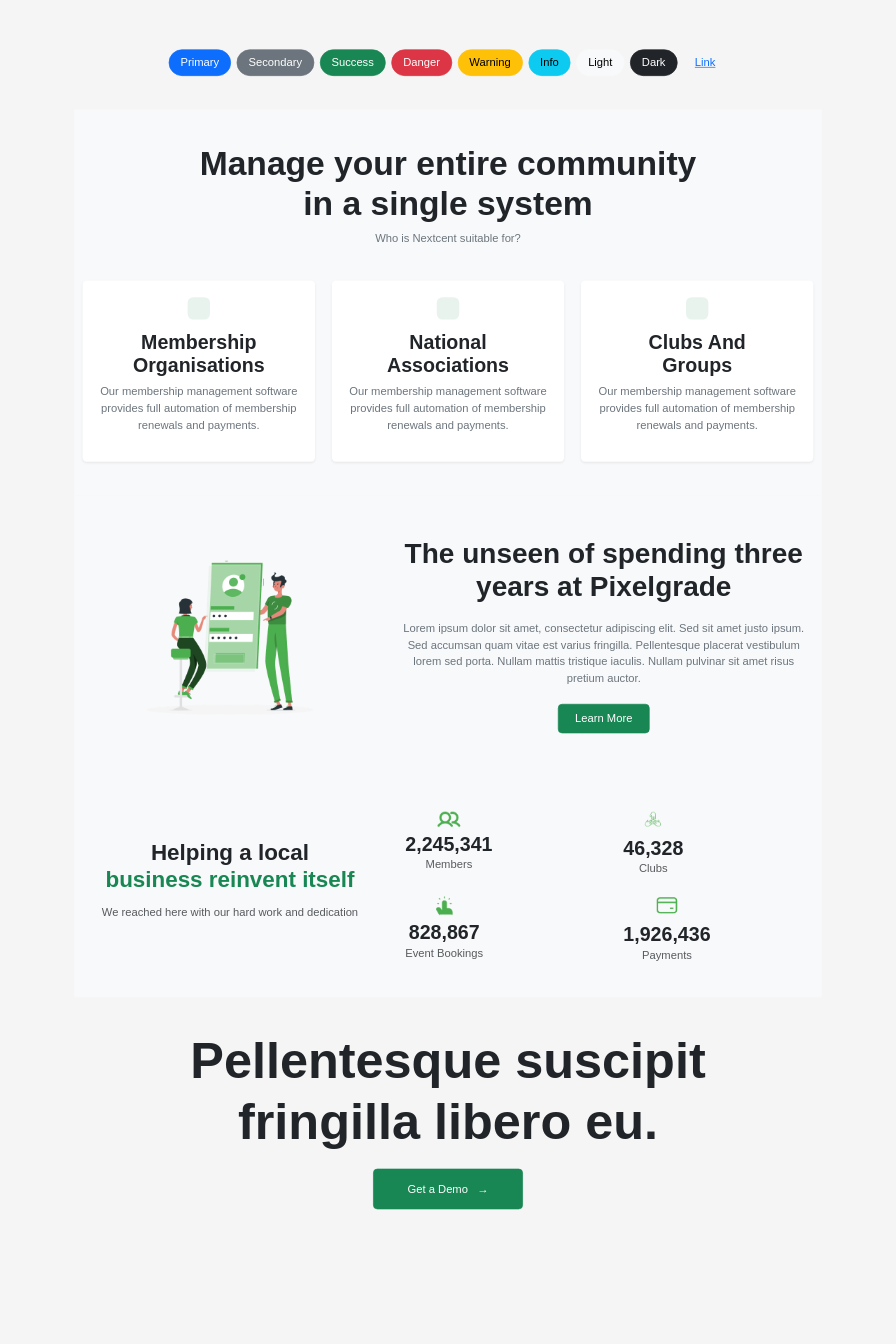
Repository: Laibaaa10/Bootstrap1
Page: index.html
The author's editor kept a copy of each file at every save. The page is drawn from the files as they stood at one save, then again after a run of saves.
The browser window is 1280 px wide. The pictures show the part of the page from y = 971 to 2891 px (the page is 2891 px tall), at 70% of full size.

Above is the page before, as saved 2026-06-18 08:04:48.

After the next 3 saves:
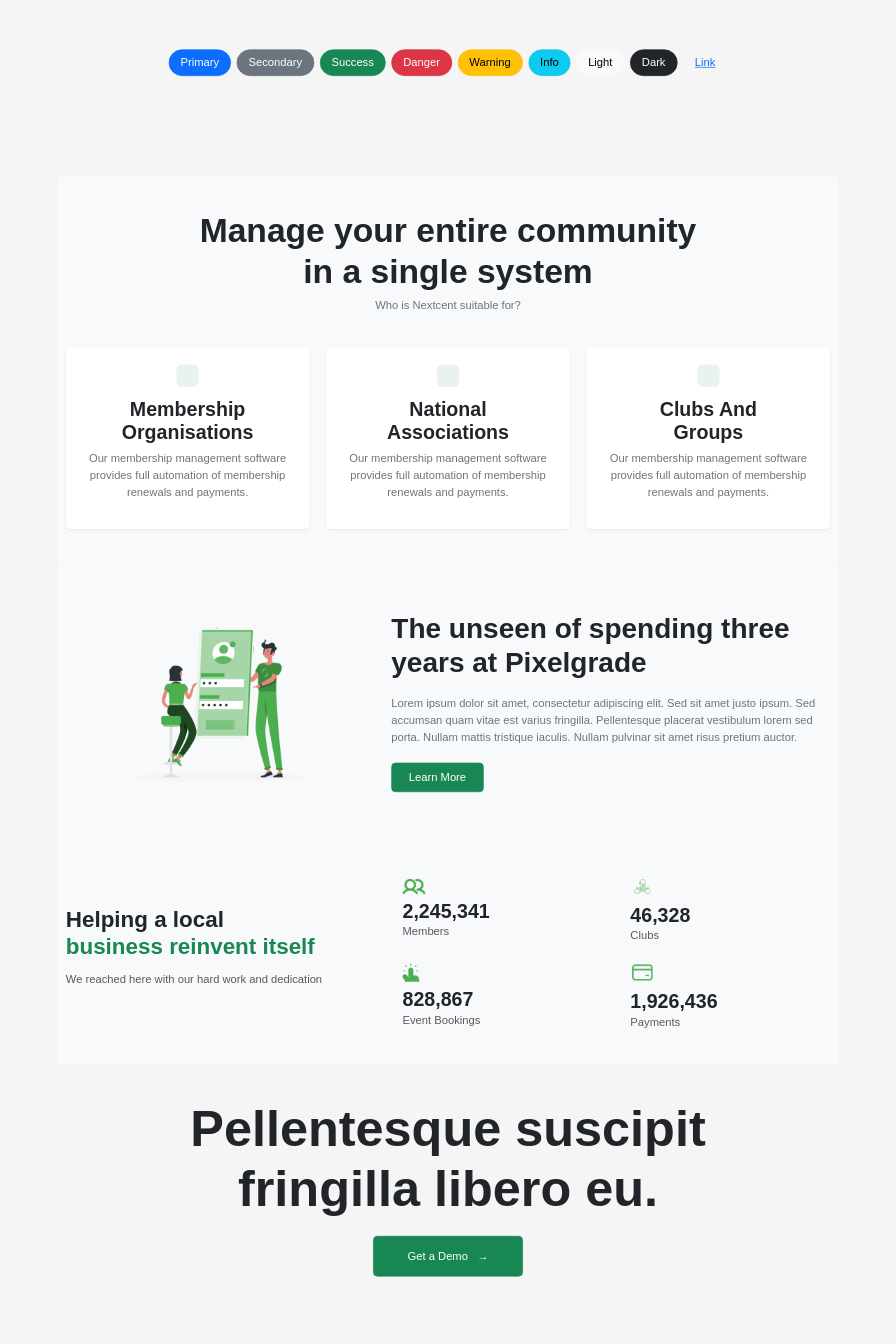
The 3 saves are shown as one change because they came seconds apart.
The last was saved 19 s later.
--- a/index.html
+++ b/index.html
@@ -82,6 +82,7 @@
                 type="button">Info</button> <button class="btn btn-light rounded-pill px-3" type="button">Light</button>
             <button class="btn btn-dark rounded-pill px-3" type="button">Dark</button> <button
                 class="btn btn-link rounded-pill px-3" type="button">Link</button> </div>
+    </div>
 
 
              <section class="py-5 bg-light">
